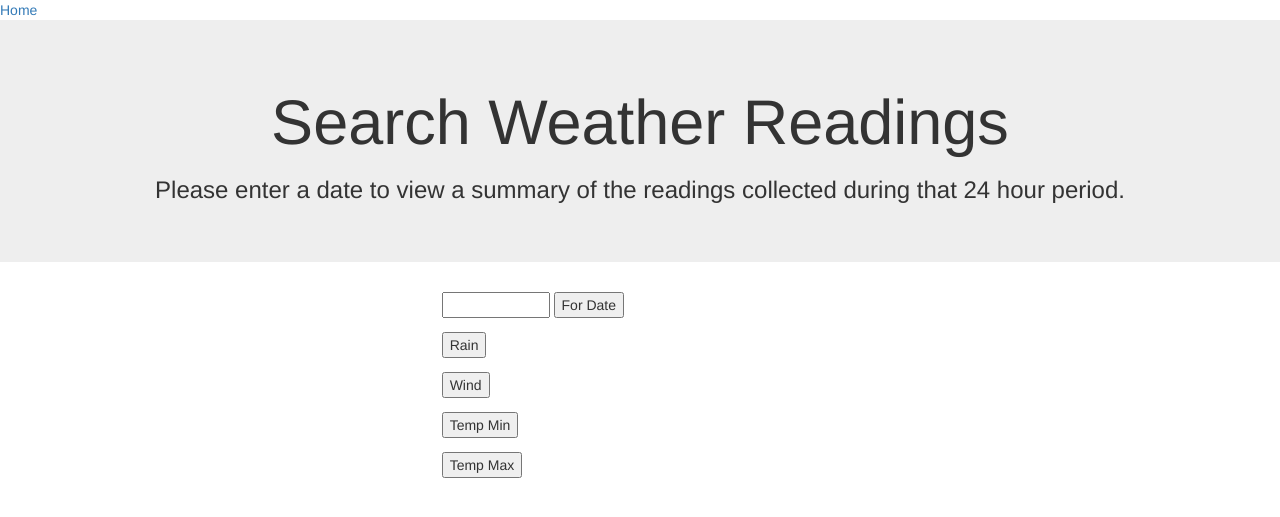
Repository: kralin27/ILC
Page: http://localhost/TESCWeather/WEB-INF/jsp/Search.jsp
These files come from the project's save history. The page is drawn as it stood at one moment and after the next save; the edit follows.
The browser window is 1280 px wide. The pictures show the whole page.
The page is served by Tomcat 9. Nobody is signed in. Other server files are loaded and not shown. The template is opened directly, without the code that normally fills it, so the values that code supplies are empty.

Above is the page before, as saved 2016-12-13 02:14:44.

### TESCWeather/src/main/webapp/WEB-INF/jsp/Search.jsp
<%@ taglib prefix="c" uri="http://java.sun.com/jsp/jstl/core"%>
<%@ taglib prefix="spring" uri="http://www.springframework.org/tags"%>

<html>
<head lang="en">
     <head>
          <meta charset="utf-8">
          <meta http-equiv="X-UA-Compatible" content="IE=edge">
          <meta name="viewport" content="width=device-width, initial-scale=1">
    <title>Search</title>
        <link rel="stylesheet" href="https://maxcdn.bootstrapcdn.com/bootstrap/3.3.5/css/bootstrap.min.css">

</head>
<body>
		<a href=" <spring:url value="/" /> "> Home </a>

<div class="jumbotron">

                  <h1 align="center">Search Weather Readings</h2>
                  <h3 align="center">Please enter a date to view a summary of the readings collected during that 24 hour period.</h3>
</div>


<div class="col-md-4 col-md-offset-4">
	<form method="GET" action=" <spring:url value="/WeatherReadings/Date" />">
		<input type="text" name="date" size="10" margin="auto">

		<input type="submit" value="For Date">
	</form>

	<form method="GET" action=" <spring:url value="/WeatherReadings/Measure/Rain" />">
		<input type="submit" value="Rain">
	</form>

	<form method="GET" action=" <spring:url value="/WeatherReadings/Measure/Wind" />">
		<input type="submit" value="Wind">
	</form>

	<form method="GET" action=" <spring:url value="/WeatherReadings/Measure/TempMin" />">
		<input type="submit" value="Temp Min">
	</form>

	<form method="GET" action=" <spring:url value="/WeatherReadings/Measure/TempMax" />">
		<input type="submit" value="Temp Max">
	</form>

</div>


</body>
</html>

After the next save:
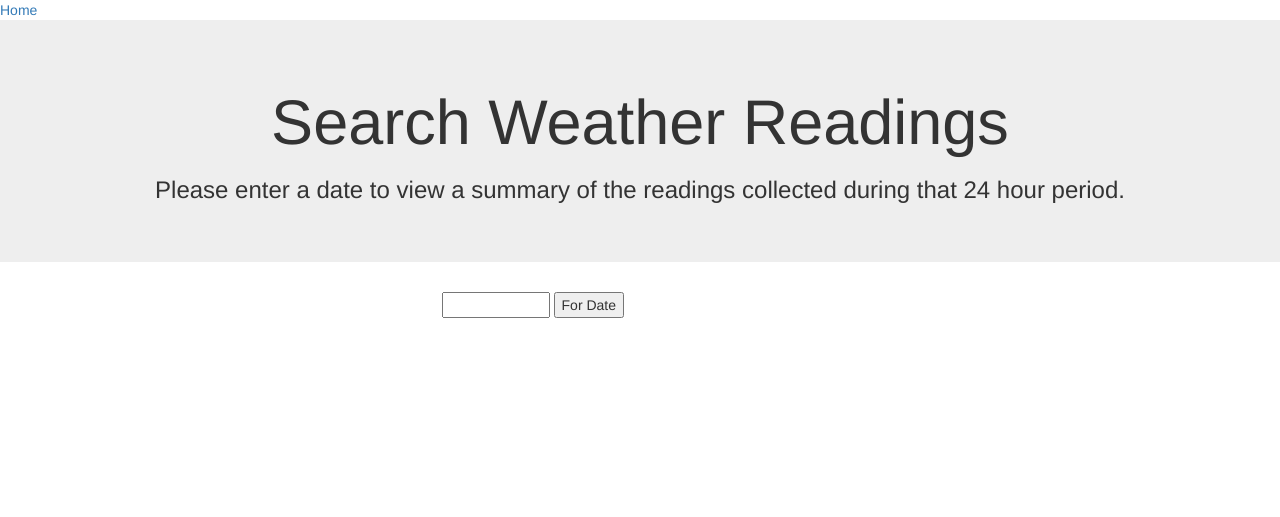
Saved 19 s later.
--- a/TESCWeather/src/main/webapp/WEB-INF/jsp/Search.jsp
+++ b/TESCWeather/src/main/webapp/WEB-INF/jsp/Search.jsp
@@ -28,21 +28,21 @@
 		<input type="submit" value="For Date">
 	</form>
 
-	<form method="GET" action=" <spring:url value="/WeatherReadings/Measure/Rain" />">
-		<input type="submit" value="Rain">
-	</form>
+<%-- 	<form method="GET" action=" <spring:url value="/WeatherReadings/Measure/Rain" />"> --%>
+<!-- 		<input type="submit" value="Rain"> -->
+<!-- 	</form> -->
 
-	<form method="GET" action=" <spring:url value="/WeatherReadings/Measure/Wind" />">
-		<input type="submit" value="Wind">
-	</form>
+<%-- 	<form method="GET" action=" <spring:url value="/WeatherReadings/Measure/Wind" />"> --%>
+<!-- 		<input type="submit" value="Wind"> -->
+<!-- 	</form> -->
 
-	<form method="GET" action=" <spring:url value="/WeatherReadings/Measure/TempMin" />">
-		<input type="submit" value="Temp Min">
-	</form>
+<%-- 	<form method="GET" action=" <spring:url value="/WeatherReadings/Measure/TempMin" />"> --%>
+<!-- 		<input type="submit" value="Temp Min"> -->
+<!-- 	</form> -->
 
-	<form method="GET" action=" <spring:url value="/WeatherReadings/Measure/TempMax" />">
-		<input type="submit" value="Temp Max">
-	</form>
+<%-- 	<form method="GET" action=" <spring:url value="/WeatherReadings/Measure/TempMax" />"> --%>
+<!-- 		<input type="submit" value="Temp Max"> -->
+<!-- 	</form>   	 -->
 
 </div>
 
